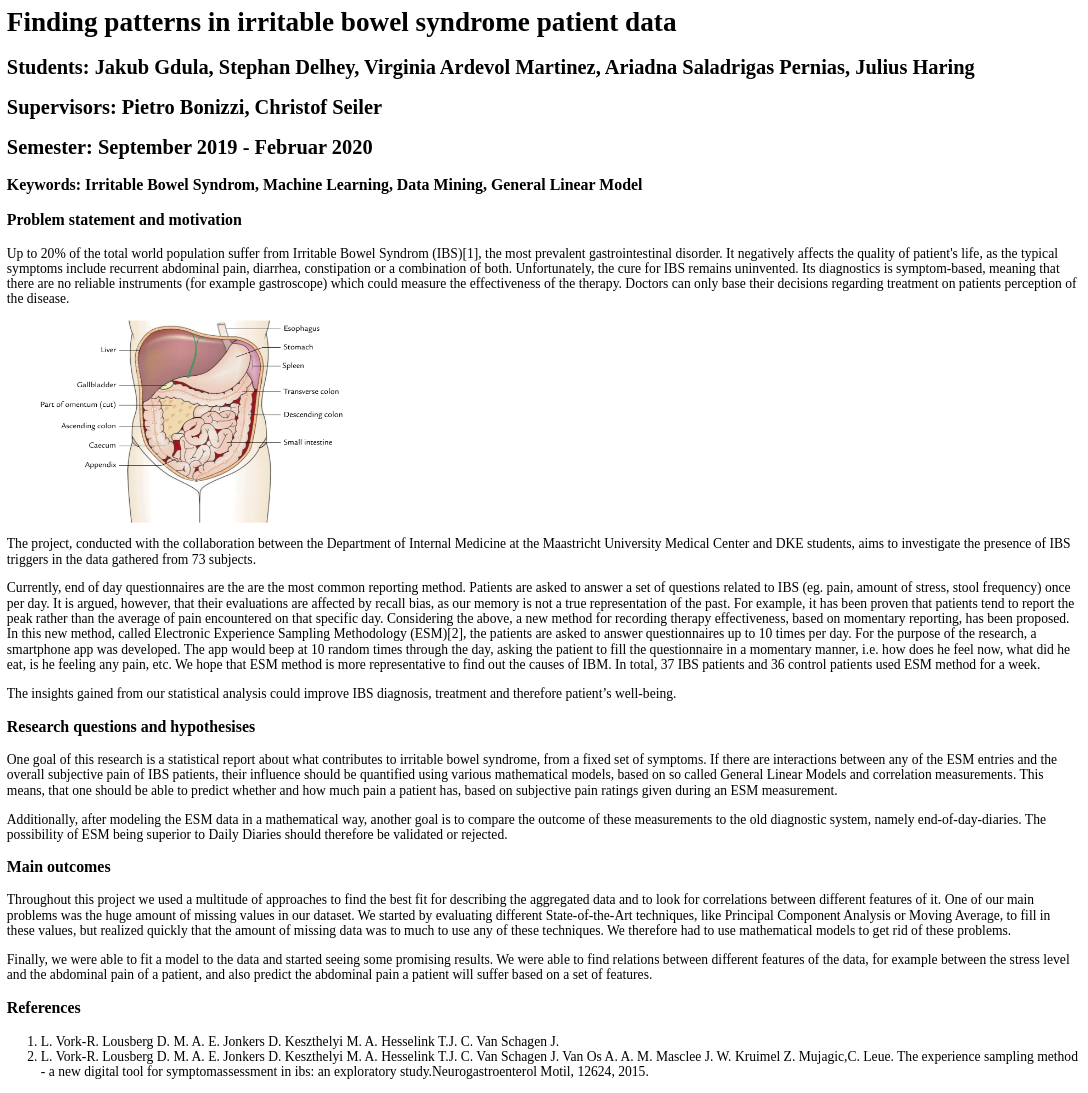
Repository: JuliusHaring/ESM
Page: laymen.html
The author's editor kept a copy of each file at every save. The page is drawn from the files as they stood at one save, then again after the next save.
The browser window is 1280 px wide. The pictures show the whole page, at 85% of full size.

Above is the page before, as saved 2019-11-25 15:00:09.

### laymen.html
<HTML>
    <BODY>
        <h1>Finding patterns in irritable bowel syndrome patient data</h1>
        <h2>Students: Jakub Gdula, Stephan Delhey, Virginia Ardevol Martinez, Ariadna Saladrigas Pernias, Julius Haring</h2>
        <h2>Supervisors: Pietro Bonizzi, Christof Seiler </h2>
        <h2>Semester: September 2019 - Februar 2020</h2>
        <h3>Keywords: Irritable Bowel Syndrom, Machine Learning, Data Mining, General Linear Model</h3>

        <h3>Problem statement and motivation</h3>
        <p>Up to 20% of the total world population suffer from Irritable Bowel Syndrom (IBS)[1], the most prevalent gastrointestinal disorder. It negatively affects the quality of patient's life, as the typical symptoms include recurrent abdominal pain, diarrhea, constipation or a combination of both. Unfortunately, the cure for IBS remains uninvented. Its diagnostics is symptom-based, meaning that there are no reliable instruments (for example gastroscope) which could measure the effectiveness of the therapy. Doctors can only base their decisions regarding treatment on patients perception of the disease.</p>

        <figure>
            <img width="30%" src="abdominal-cavity.png" alt="">
        </figure>

        <p>The project, conducted with the collaboration between the Department of Internal Medicine at the Maastricht University Medical Center and DKE students, aims to investigate the presence of IBS triggers in the data gathered from 73 subjects.</p>
        <p>Currently, end of day questionnaires are the are the most common reporting method. Patients are asked to answer a set of questions related to IBS (eg. pain, amount of stress, stool frequency) once per day. It is argued, however, that their evaluations are affected by recall bias, as our memory is not a true representation of the past. For example, it has been proven that patients tend to report the peak rather than the average of pain encountered on that specific day. Considering the above, a new method for recording therapy effectiveness, based on momentary reporting, has been proposed. In this new method, called Electronic Experience Sampling Methodology (ESM)[2], the patients are asked to answer questionnaires up to 10 times per day. For the purpose of the research, a smartphone app was developed. The app would beep at 10 random times through the day, asking the patient to fill the questionnaire in a momentary manner, i.e. how does he feel now, what did he eat, is he feeling any pain, etc. We hope that ESM method is more representative to find out the causes of IBM. In total, 37 IBS patients and 36 control patients used ESM method for a week.</p>
        <p>The insights gained from our statistical analysis could improve IBS diagnosis, treatment and therefore patient’s well-being.</p>

        <h3>Research questions and hypothesises</h3>
        <p>One goal of this research is a statistical report about what contributes to irritable bowel syndrome, from a fixed set of symptoms. If there are interactions between any of the ESM entries and the overall subjective pain of IBS patients, their influence should be quantified using various mathematical models, based on so called General Linear Models and correlation measurements. This means, that one should be able to predict whether and how much pain a patient has, based on subjective pain ratings given during an ESM measurement.</p>
        <p>Additionally, after modeling the ESM data in a mathematical way, another goal is to compare the outcome of these measurements to the old diagnostic system, namely end-of-day-diaries. The possibility of ESM being superior to Daily Diaries should therefore be validated or rejected.</p>

        <h3>Main outcomes</h3>
        <p>Throughout this project we used a multitude of approaches to find the best fit for describing the aggregated data and to look for correlations between different features of it. One of our main problems was the huge amount of missing values in our dataset. We started by evaluating different State-of-the-Art techniques, like Principal Component Analysis or Moving Average, to fill in these values, but realized quickly that the amount of missing data was to much to use any of these techniques. We therefore had to use mathematical models to get rid of these problems.</p>
        <p>Finally, we were able to fit a model to the data and started seeing some promising results. We were able to find relations between different features of the data, for example between the stress level and the abdominal pain of a patient, and also predict the abdominal pain a patient will suffer based on a set of features.</p>

        <h3>References</h3>
        <ol>
            <li> L. Vork-R. Lousberg D. M. A. E. Jonkers D. Keszthelyi M. A. Hesselink T.J.  C.  Van  Schagen  J. </li>
            <li>L. Vork-R. Lousberg D. M. A. E. Jonkers D. Keszthelyi M. A. Hesselink T.J.  C.  Van  Schagen  J.  Van  Os  A.  A.  M.  Masclee  J.  W.  Kruimel  Z.  Mujagic,C. Leue.  The experience sampling method - a new digital tool for symptomassessment in ibs: an exploratory study.Neurogastroenterol Motil, 12624, 2015.</li>
        </ol>

    </BODY>
</HTML>

After the next save:
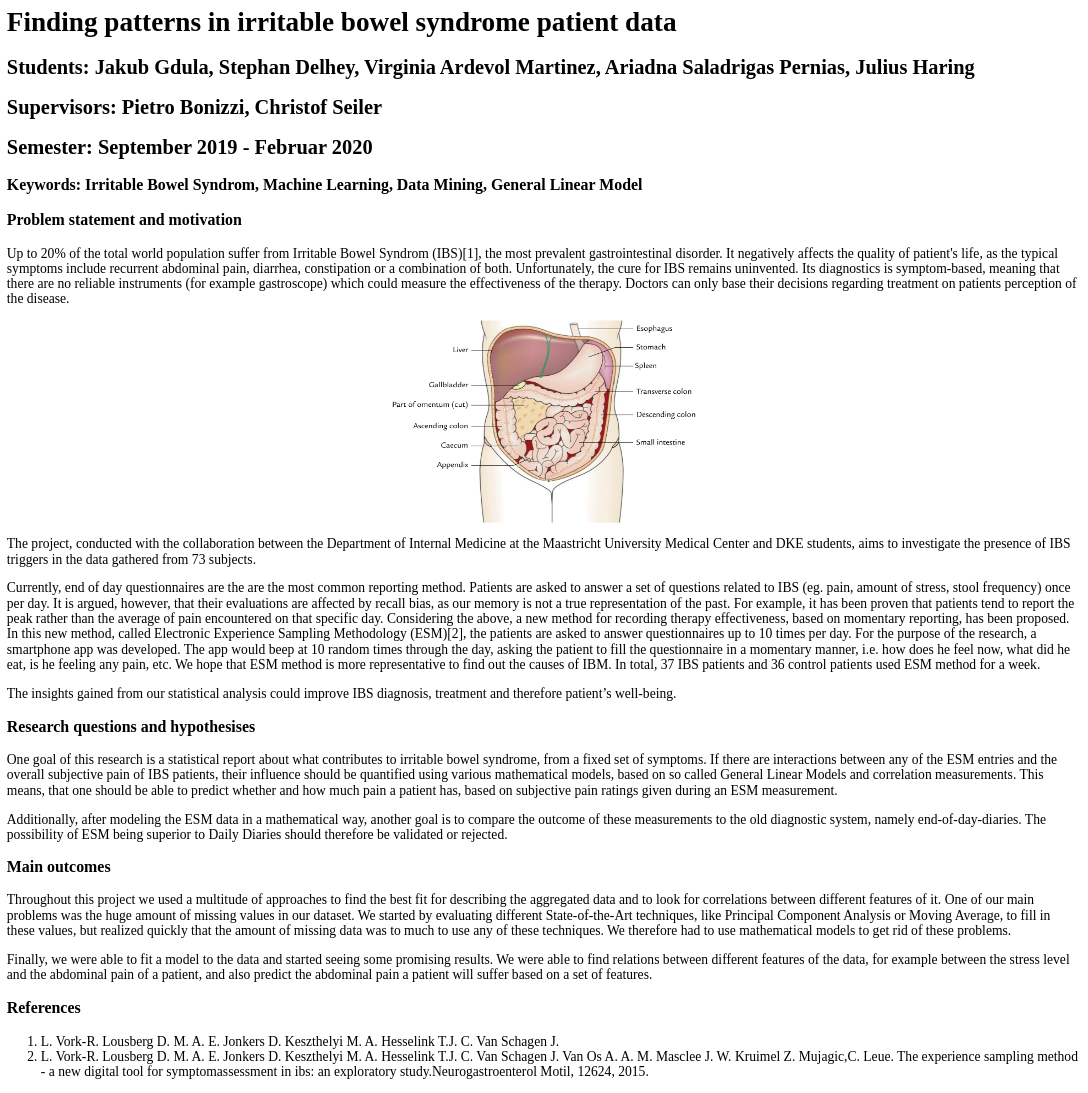
Saved 12 s later.
--- a/laymen.html
+++ b/laymen.html
@@ -9,7 +9,7 @@
         <h3>Problem statement and motivation</h3>
         <p>Up to 20% of the total world population suffer from Irritable Bowel Syndrom (IBS)[1], the most prevalent gastrointestinal disorder. It negatively affects the quality of patient's life, as the typical symptoms include recurrent abdominal pain, diarrhea, constipation or a combination of both. Unfortunately, the cure for IBS remains uninvented. Its diagnostics is symptom-based, meaning that there are no reliable instruments (for example gastroscope) which could measure the effectiveness of the therapy. Doctors can only base their decisions regarding treatment on patients perception of the disease.</p>
 
-        <figure>
+        <figure style="text-align: center;">
             <img width="30%" src="abdominal-cavity.png" alt="">
         </figure>
 
